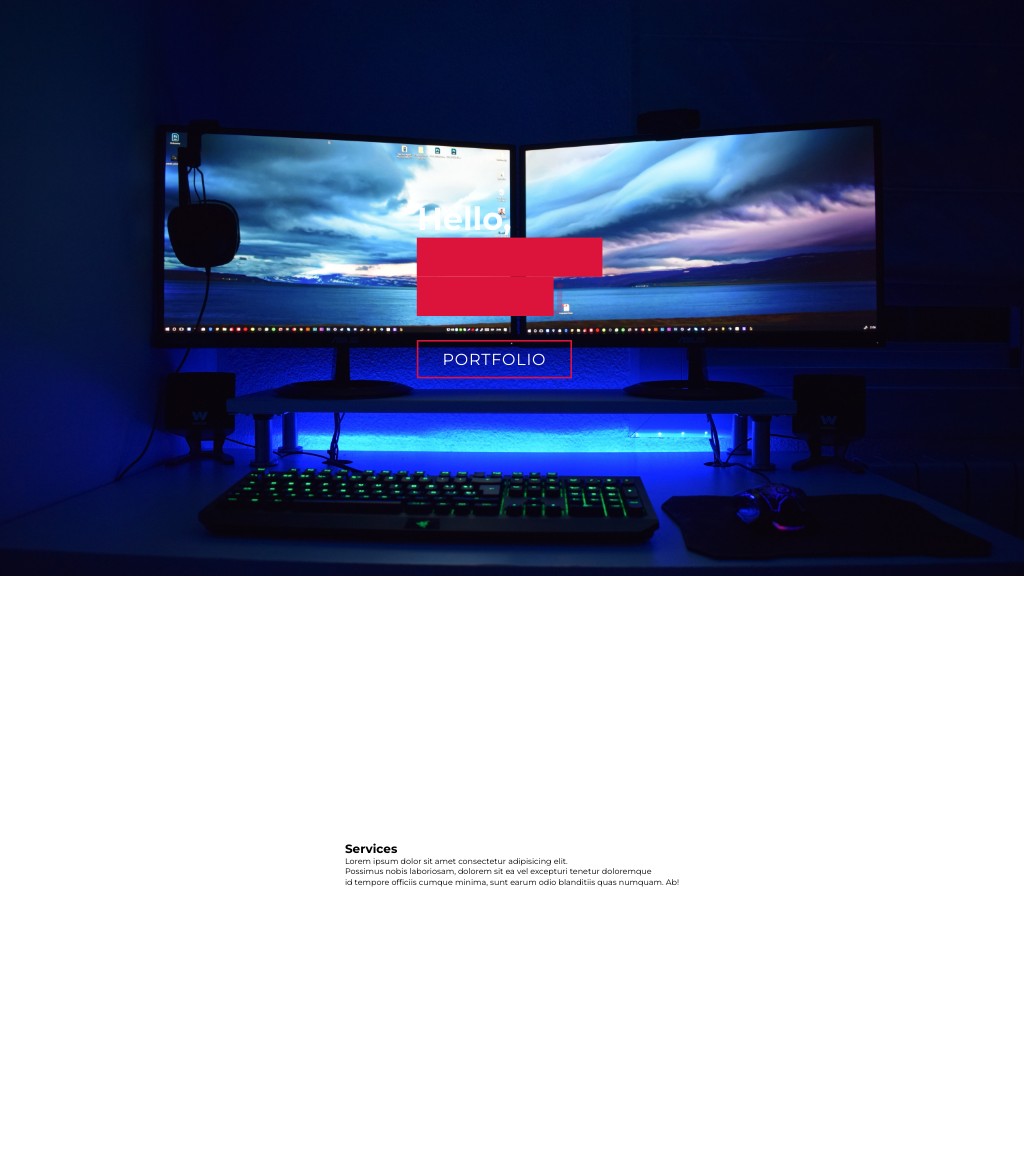
Repository: MintuKrishnan/subrahmanyam-batch
Page: front-end/deshraj/index.html
The author's editor kept a copy of each file at every save. The page is drawn from the files as they stood at one save, then again after the next save.
The browser window is 1280 px wide. The pictures show the whole page, at 80% of full size.

Above is the page before, as saved 2021-03-08 09:40:55.

After the next save:
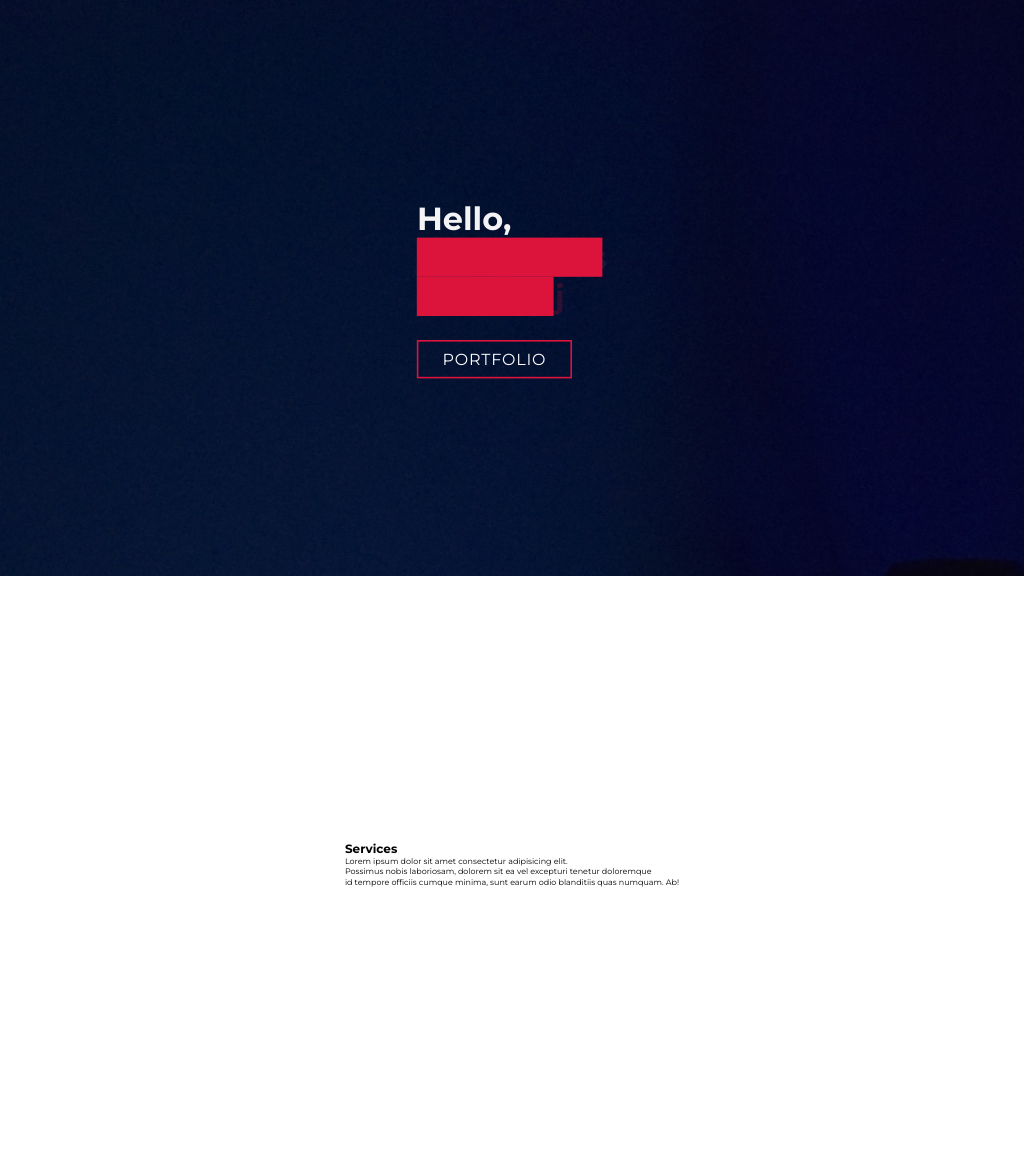
Saved 5 s later.
--- a/front-end/deshraj/style.css
+++ b/front-end/deshraj/style.css
@@ -24,9 +24,9 @@ a {
 #hero {
   /* background-image: url(./siteimg.jpg); */
   background-image: url('./siteimg.jpg'), linear-gradient(#eb01a5, #d13531);
-  background-size: cover;
+  /* background-size: cover;
   background-position: top center;
-  position: relative;
+  position: relative; */
   /* z-index: 1; */
 }
 
